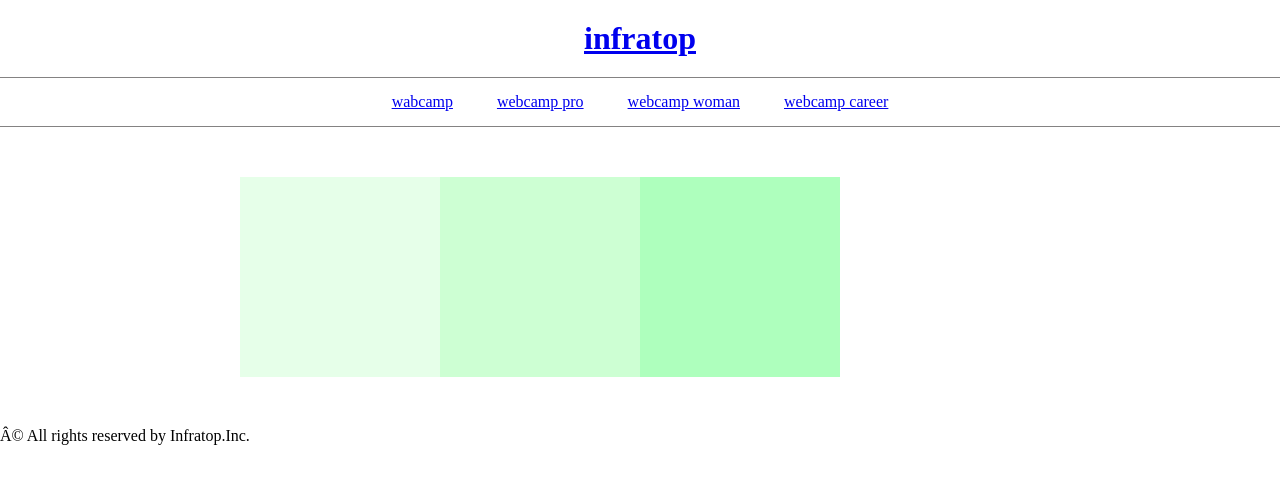
Repository: dsjanainoyo/html
Page: capter5.exercise/capter5.exercise.html
The author's editor kept a record of every edit. The page is drawn from the files as they stood at one moment, then again after the next edit.
The browser window is 1280 px wide. The pictures show the whole page.

Above is the page before.

### capter5.exercise/capter5.exercise.html
<!DOCTYPE html>
<html lang="ja">
  <head>
    <meta charset="UTF=8">
    <link rel="stylesheet" href="capter5.exercise.css">
    <title>CAPTER5</title>
  </head>

  <body>
    <header>
      <h1>
        <a href="capter5.exercise.html">
          infratop
        </a>
      </h1>
      </header>
    <nav>
      <ul class="nav-list">
        <li class="nav-list-item">
          <a href="capter5.exercise.htm">
          wabcamp
          </a>
        </li>
         <li class="nav-list-item">
         <a href="capter5.exercise.htm">
          webcamp pro
          </a>
        </li>
         <li class="nav-list-item">
          <a href="capter5.exercise.htm">
          webcamp woman
          </a>
          </li>
         <li class="nav-list-item">
          <a href="capter5.exercise.htm">
          webcamp career
          </a>
        </li>
     </ul>
    </nav>


    <main>
      <div class="box1"></div>
      <div class="box2"></div>
      <div class="box3"></div>
      <div class="box4"></div>
      <div class="box5"></div>
      <div class="box6"></div>
      <div class="box7"></div>
      <div class="box8"></div>
      <div class="box9"></div>
      <div class="box10"></div>
      <div class="box11"></div>
      <div class="box12"></div>
    </main>

    <footer>
      <div="footer-text">
        © All rights reserved by Infratop.Inc.
      </div>
    </footer>
  </body>

### capter5.exercise/capter5.exercise.css
*{
  margin:0;
  padding:0;
  box-sizing:border-box;
}

header{
  width:100%;
  margin:20px 0;
  text-align:center;
}

.nav-list{
  margin:0 auto;
  padding:15px 0;
  text-align:center;
  border-top:1px solid #848282;
  border-bottom:1px solid #848282;
}

.nav-list-item{
  list-style:none;
  margin:0 20px;
  display:inline-block;

}

main{
  width:800px;
  margin:50px auto;
  display:flex;
  flex-wrap:wrap;
}

.box1{
  width:200px;
  height:200px;
  background-color:#e6ffe9;
}

.box2{
  width:200px;
  height:200px;
  background-color:#cdffd3;
}

.box3{
  width:200px;
  height:200px;
  background-color:#aeffbd;
}

.box4{
  width:200px;
  height:200px;
  background-color:;
}

.box1{
  width:200px;
  height:200px;
  background-color:;
}

.box1{
  width:200px;
  height:200px;
  background-color:;
}

.box1{
  width:200px;
  height:200px;
  background-color:;
}

.box1{
  width:200px;
  height:200px;
  background-color:;
}

.box1{
  width:200px;
  height:200px;
  background-color:;
}

.box1{
  width:200px;
  height:200px;
  background-color:;
}

.box1{
  width:200px;
  height:200px;
  background-color:;
}

.box1{
  width:200px;
  height:200px;
  background-color:;
}

After the next edit:
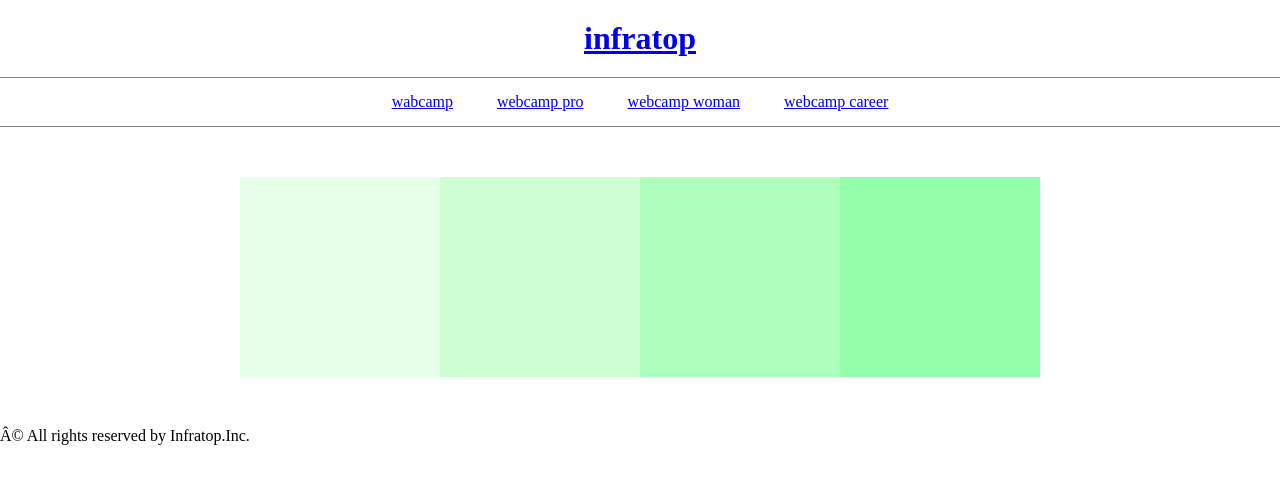
The edit:
--- a/capter5.exercise/capter5.exercise.css
+++ b/capter5.exercise/capter5.exercise.css
@@ -53,7 +53,7 @@
 .box4{
   width:200px;
   height:200px;
-  background-color:;
+  background-color:#93ffab;
 }
 
 .box1{
